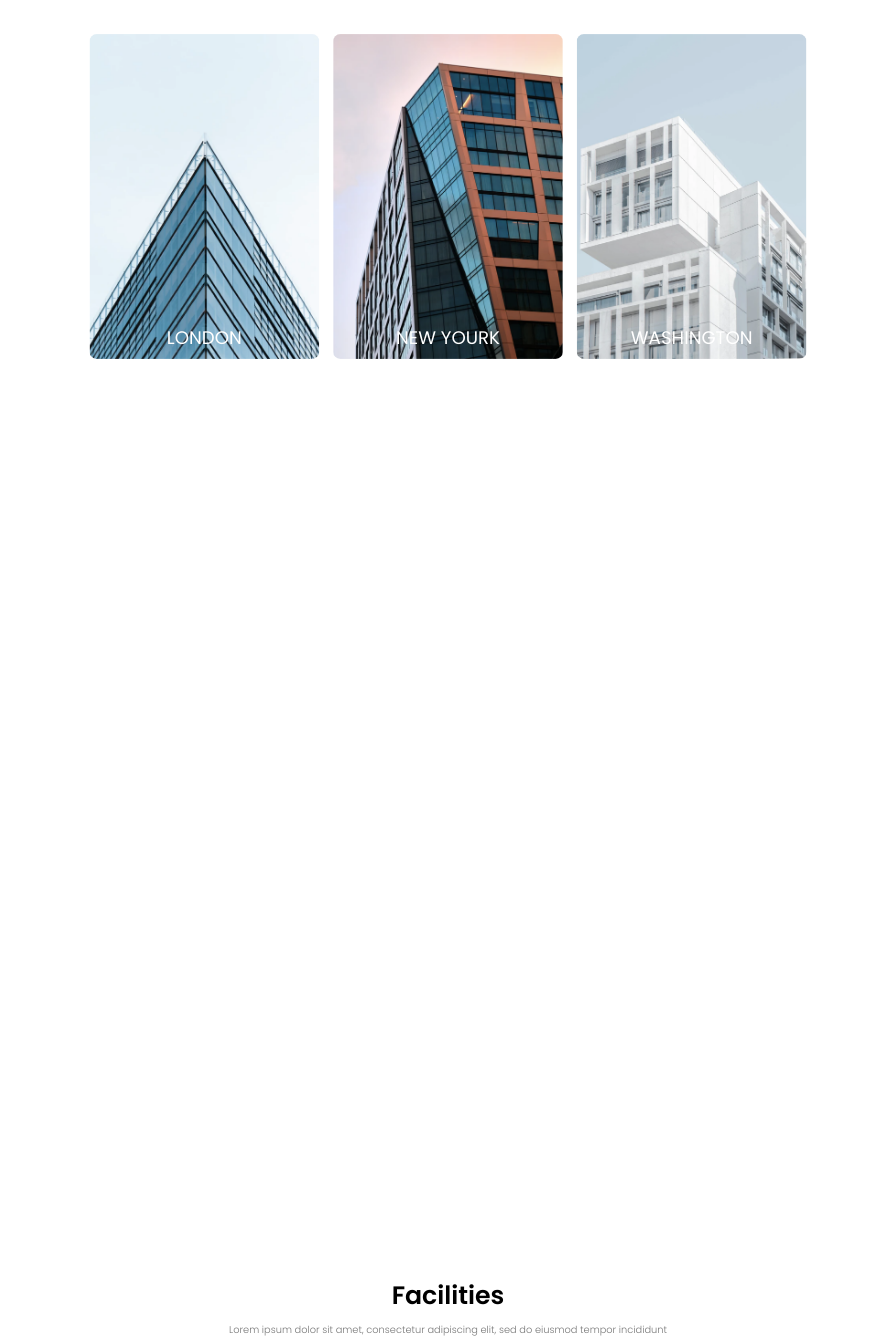
Repository: dewaary/company-profile
Page: index.html
An editor plug-in stored every save of this project. The page is shown before and after the next save, followed by the edit.
The browser window is 1280 px wide. The pictures show the part of the page from y = 1344 to 3264 px (the page is 3264 px tall before and 2084 px after), at 70% of full size.

Above is the page before, as saved 2021-05-07 21:57:04.

### index.html
<!DOCTYPE html>
<html lang="en">

<head>
    <meta charset="UTF-8">
    <meta http-equiv="X-UA-Compatible" content="IE=edge">
    <meta name="viewport" content="width=device-width, initial-scale=1.0">
    <title>University Website Design</title>
    <link rel="stylesheet" href="style.css">
    <link rel="preconnect" href="https://fonts.gstatic.com">
    <link href="https://fonts.googleapis.com/css2?family=Poppins:wght@200;300;400;600;700&display=swap"
        rel="stylesheet">
    <link rel="stylesheet"
        href="https://cdn.jsdelivr.net/npm/@fortawesome/fontawesome-free@5.15.3/css/fontawesome.min.css">
</head>

<body>

    <section class="header">
        <nav>
            <a href="index.html"><img src="images/logo.png"></a>
            <div class="nav-links" id="navLinks">
                <i class="fa fa-times" onclick="hideMenu()"></i>
                <ul>
                    <li><a href="">HOME</a></li>
                    <li><a href="">ABOUT</a></li>
                    <li><a href="">COURSE</a></li>
                    <li><a href="">BLOG</a></li>
                    <li><a href="">CONTACT</a></li>
                </ul>
            </div>
            <i class="fa fa-bars" onclick="showMenu()"></i>
        </nav>

        <div class="text-box">
            <h1>World's Biggest University</h1>
            <p>"Lorem ipsum dolor sit amet, consectetur adipiscing elit, sed do eiusmod tempor incididunt ut labore et
                dolore magna aliqua. Ut enim ad minim veniam, quis nostrud exercitation ullamco laboris nisi ut aliquip
                ex ea commodo consequat.</p>
            <a href="" class="hero-btn">Visit Us to More</a>
        </div>
    </section>

    <!---- Courses ---->

    <section class="course">
        <h1>Courses We Offer</h1>
        <p>Lorem ipsum dolor sit amet, consectetur adipiscing elit, sed do eiusmod tempor incididunt</p>
        <div class="row">
            <div class="course-col">
                <h3>Intermidate</h3>
                <p>Lorem ipsum dolor sit amet, consectetur adipiscing elit, sed do eiusmod tempor incididunt ut</p>
            </div>

            <div class="course-col">
                <h3>Degree</h3>
                <p>Lorem ipsum dolor sit amet, consectetur adipiscing elit, sed do eiusmod tempor incididunt ut</p>
            </div>

            <div class="course-col">
                <h3>Post Graduation</h3>
                <p>Lorem ipsum dolor sit amet, consectetur adipiscing elit, sed do eiusmod tempor incididunt ut</p>
            </div>
        </div>
    </section>

    <!---- Campus ---->

    <section class="campus">
        <h1>Our Global Campus</h1>
        <p>Lorem ipsum dolor sit amet, consectetur adipiscing elit, sed do eiusmod tempor incididunt</p>
        <div class="row">
            <div class="campus-col">
                <img src="images/london.png">
                <div class="layer">
                    <h3>LONDON</h3>
                </div>
            </div>

            <div class="campus-col">
                <img src="images/newyork.png">
                <div class="layer">
                    <h3>NEW YOURK</h3>
                </div>
            </div>

            <div class="campus-col">
                <img src="images/washington.png">
                <div class="layer">
                    <h3>WASHINGTON</h3>
                </div>
            </div>
        </div>
    </section>

    <!---- Facilities ---->

    <section class="facilities">
        <h1>Facilities</h1>
        <p>Lorem ipsum dolor sit amet, consectetur adipiscing elit, sed do eiusmod tempor incididunt</p>
    </section>

    <!---- Javascript for Toggle Menu ---->
    <script>
        var navLinks = document.getElementById("navLinks");

        function showMenu() {
            navLinks.style.right = "0";
        }
        function hideMenu() {
            navLinks.style.right = "-200px";
        }
    </script>

</body>

</html>

### style.css
* {
  margin: 0;
  padding: 0;
  font-family: "Poppins", sans-serif;
}

.header {
  min-height: 100vh;
  width: 100%;
  background-image: linear-gradient(rgba(4, 9, 30, 0.7), rgba(4, 9, 30, 0.7)),
    url(images/banner.png);
  background-position: center;
  background-size: cover;
  position: relative;
}

nav {
  display: flex;
  padding: 2% 6%;
  justify-content: space-between;
  align-items: center;
}

nav img {
  width: 150px;
}

.nav-links {
  flex: 1;
  text-align: right;
}

.nav-links ul li {
  list-style: none;
  display: inline-block;
  padding: 8px 12px;
  position: relative;
}

.nav-links ul li a {
  color: #fff;
  text-decoration: none;
  font-size: 13px;
}

.nav-links ul li::after {
  content: "";
  width: 0%;
  height: 2px;
  background: #f44336;
  display: block;
  margin: auto;
  transition: 0.5s;
}

.nav-links ul li:hover::after {
  width: 100%;
}

.text-box {
  width: 90%;
  color: #fff;
  position: absolute;
  top: 50%;
  left: 50%;
  transform: translate(-50%, -50%);
  text-align: center;
}

.text-box h1 {
  font-size: 62px;
}

.text-box p {
  margin: 10px 0 40px;
  font-size: 14px;
  color: #fff;
}

.hero-btn {
  display: inline-block;
  text-decoration: none;
  color: #fff;
  border: 1px solid #fff;
  padding: 12px 34px;
  font-size: 13px;
  background: transparent;
  position: relative;
  cursor: pointer;
}

.hero-btn:hover {
  border: 1px solid #f44336;
  background: #f44336;
  transition: 1s;
}

nav .fa {
  display: none;
}

@media (max-width: 700px) {
  .text-box h1 {
    font-size: 20px;
  }

  .nav-links ul li {
    display: block;
  }
  .nav-links {
    position: absolute;
    background: #f44336;
    height: 100vh;
    width: 200px;
    top: 0;
    right: -200px;
    text-align: left;
    z-index: 2;
    transition: 1s;
  }

  nav .fa {
    display: block;
    color: #fff;
    margin: 10px;
    font-size: 22px;
    cursor: pointer;
  }

  .nav-links ul {
    padding: 30px;
  }
}

/*---- Course ------ */

.course {
  width: 80%;
  margin: auto;
  text-align: center;
  padding-top: 100px;
}

h1 {
  font-size: 36px;
  font-weight: 600;
}

p {
  color: #777;
  font-size: 14px;
  font-weight: 300;
  line-height: 22px;
  padding: 10px;
}

.row {
  margin-top: 5%;
  display: flex;
  justify-content: space-between;
}

.course-col {
  flex-basis: 31%;
  background: #fff3f3;
  border-radius: 10px;
  margin-bottom: 5%;
  padding: 20px 12px;
  box-sizing: border-box;
  transition: 0.5s;
}

h3 {
  text-align: center;
  font-weight: 600;
  margin: 10px 0;
}

.course-col:hover {
  box-shadow: 0 0 20px 0px rgba(0, 0, 0, 0.2);
}

@media (max-width: 700px) {
  .row {
    flex-direction: column;
  }
}

.campus {
  width: 80%;
  margin: auto;
  text-align: center;
  padding-top: 50px;
}

.campus-col {
  flex-basis: 32%;
  border-radius: 10px;
  margin-bottom: 30px;
  position: relative;
  overflow: hidden;
}
.campus-col img {
  width: 100%;
  display: block;
}

.layer {
  background: transparent;
  height: 100%;
  width: 100%;
  position: absolute;
  top: 0;
  left: 0;
  transition: 0.5s;
}

.layer:hover {
  background: rgba(226, 0, 0, 0.7);
}

.layer h3{
  width: 100%;
  font-weight: 500;
  color: #fff;
  font-size: 26px;
  bottom: 0;
  left: 50%;
  transform: translateX(-50%);
  position: absolute;
  transition: 0.5s;
}

.layer:hover h3 {
  bottom: 49%;
  opacity: 1;
}

.facilities {
  width: 80%;
  margin: auto;
  text-align: center;
  padding-top: 100%;
}

After the next save:
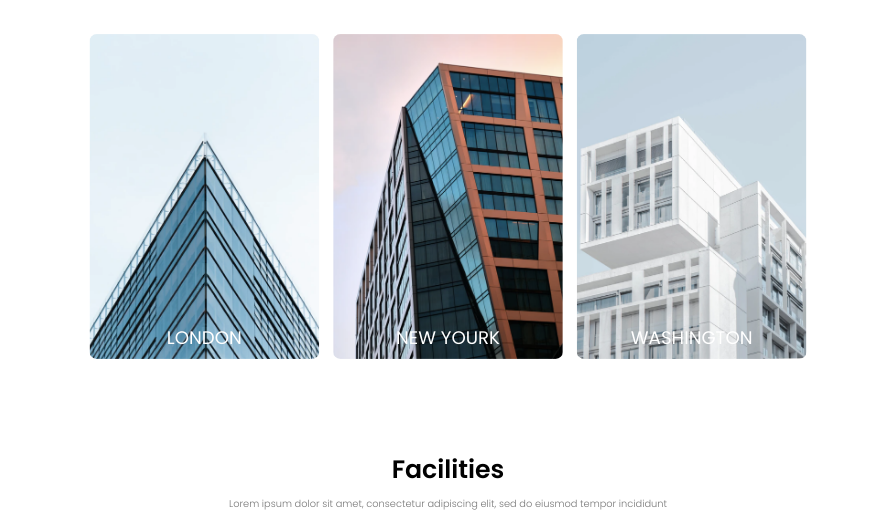
Saved 19 s later.
--- a/style.css
+++ b/style.css
@@ -240,5 +240,5 @@ h3 {
   width: 80%;
   margin: auto;
   text-align: center;
-  padding-top: 100%;
-}
+  padding-top: 100px;
+}
